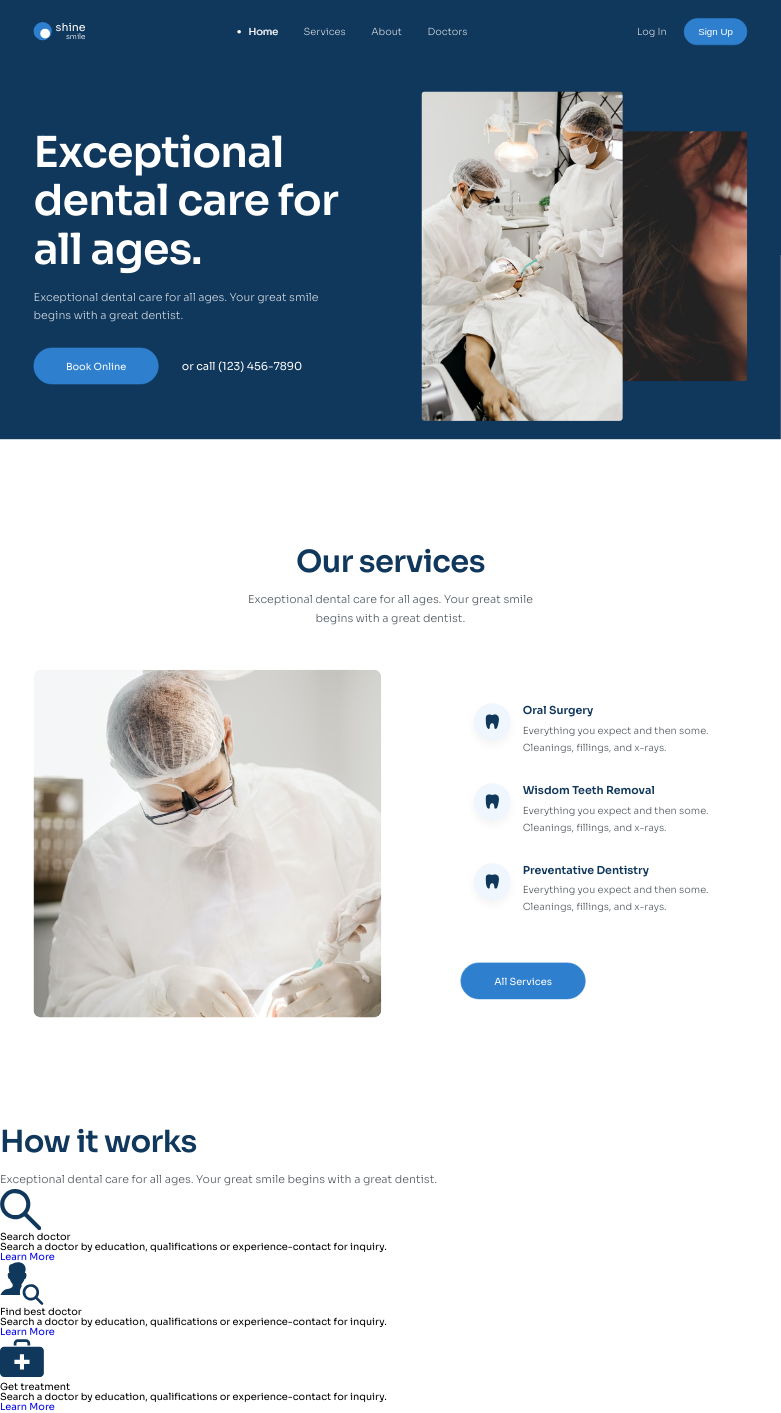
Repository: anhtien111198/f8-htmlcss-03
Page: index.html
The author's editor kept a copy of each file at every save. The page is drawn from the files as they stood at one save, then again after the next save.
The browser window is 1280 px wide. The pictures show the whole page, at 61% of full size.

Above is the page before, as saved 2023-05-13 14:22:11.

After the next save:
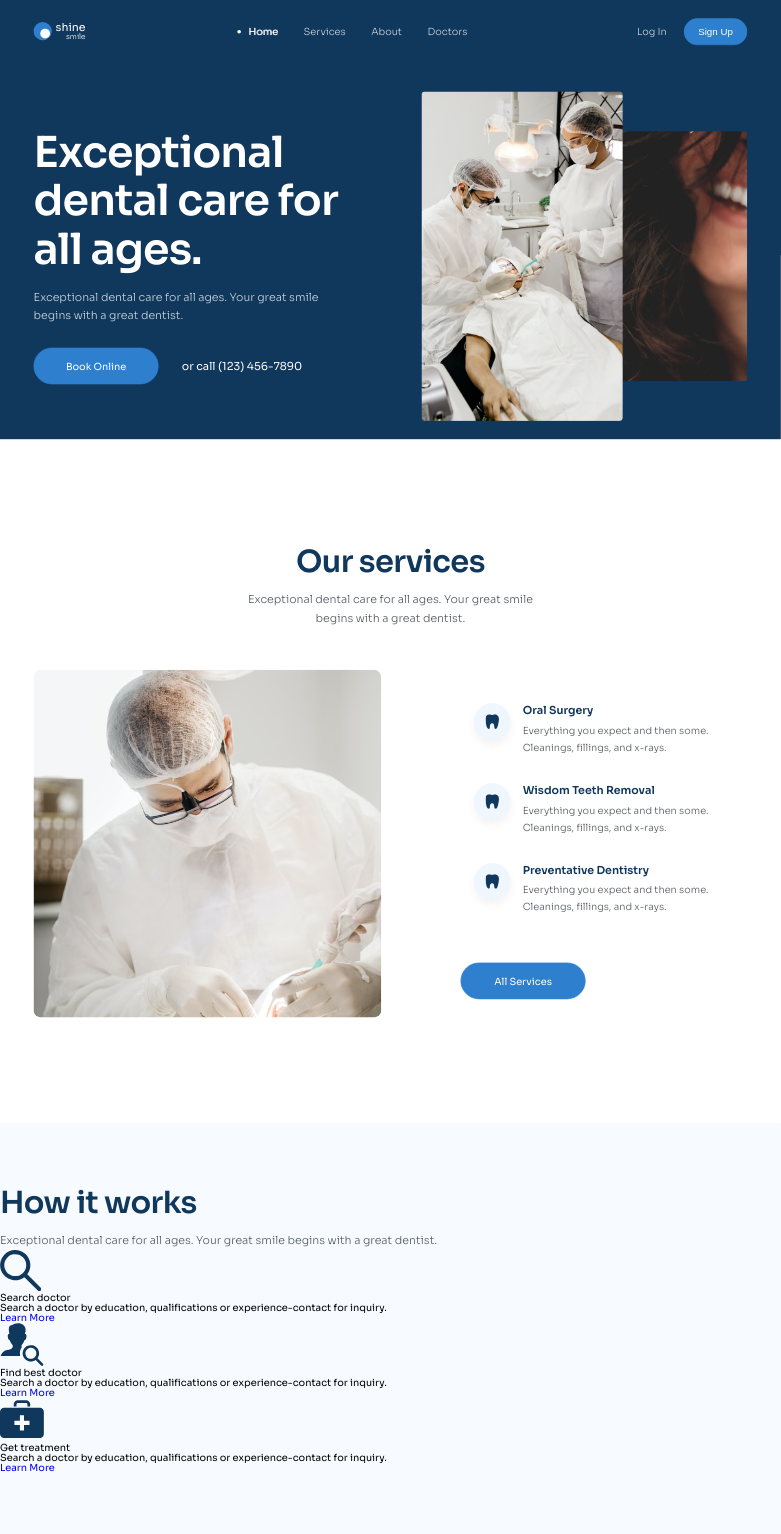
Saved 94 s later.
--- a/assets/css/style.css
+++ b/assets/css/style.css
@@ -273,3 +273,8 @@ a {
     line-height: 1.75;
     color: #575f66;
 }
+/* ========work======= */
+.work {
+    padding: 100px 0;
+    background: #f7fbff;
+}
